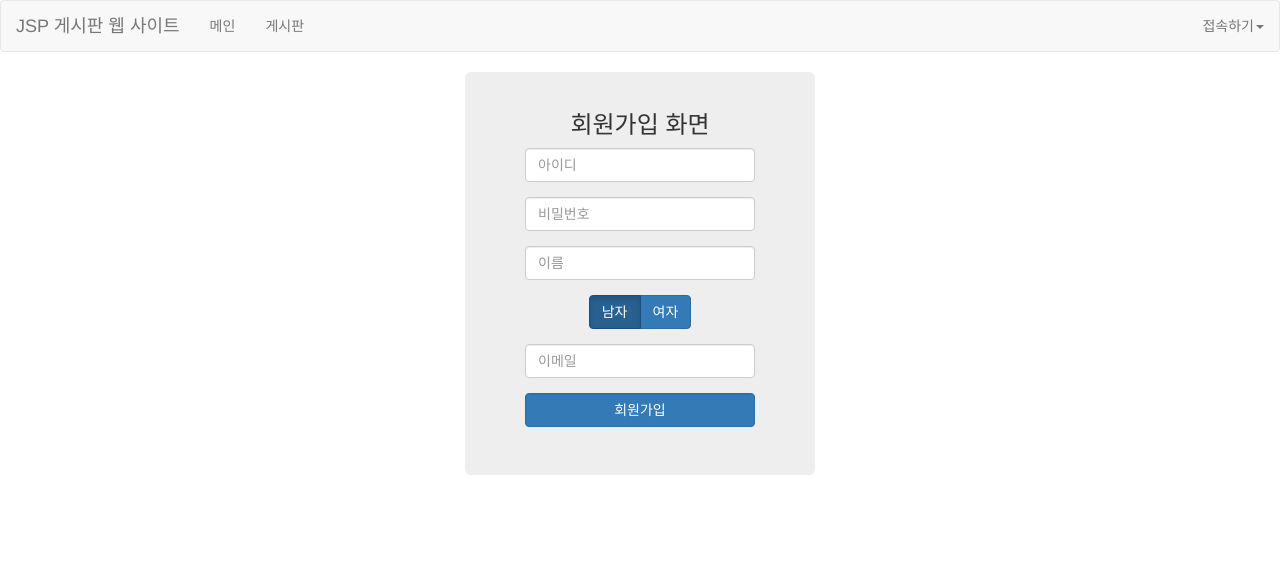
Repository: winter9388/JSP_BBS
Page: http://localhost/BBS/join.jsp
The author's editor kept a copy of each file at every save. The page is drawn from the files as they stood at one save, then again after the next save.
The browser window is 1280 px wide. The pictures show the whole page.
Some web libraries are served in a nearby version. The page is served by Tomcat 9. Other server files are loaded and not shown.

Above is the page before, as saved 2022-08-11 07:47:37.

### BBS/src/main/webapp/join.jsp
<%@ page language="java" contentType="text/html; charset=UTF-8"
    pageEncoding="UTF-8"%>
<!DOCTYPE html>
<html>
<head>
<meta charset="UTF-8">
<meta name="viewport" content="width=device-width", initial-scale="1">
<link rel="stylesheet" href="css/bootstrap.css">
<title>JSP 게시판 웹 사이트</title>
</head>
<body>
	<nav class="navbar navbar-default">
		<div class="navbar-header">
			<button type="button" class="navbar-toggle collapsed"
				data-toggle="collapse" data-target="#bs-example-navbar-collapse-1"
				aria-expended="false">
				<span class="icon-bar"></span>
				<span class="icon-bar"></span>
				<span class="icon-bar"></span>
			</button>
			<a class="navbar-brand" href="main.jsp">JSP 게시판 웹 사이트</a>
		</div>
		<div class="collapse navbar-collapse" id="bs-example-navbar-collapse-1"
			aria-expended="false">
			<ul class="nav navbar-nav">
				<li><a href="main.jsp">메인</a></li>
				<li><a href="bbs.jsp">게시판</a></li>
			</ul>
			<ul class="nav navbar-nav navbar-right">
				<li class="dropdown">
					<a href="#" class="dropdown-toggle"
						data-toggle="dropdown" role="button" aria-haspopup="true"
						aria-expanded="false">접속하기<span class="caret"></span></a>
					<ul class="dropdown-menu">
						<li class="active"><a href="login.jsp">로그인</a></li>
						<li><a href="join.jsp">회원가입</a></li>
					</ul>
				</li>
			</ul>
		</div>
	</nav>
	<div class="container">
		<div class="col-lg-4"></div>
		<div class="col-lg-4">
			<div class="jumbotron" style="padding-top: 20px">
				<form method="post" action="joinAction.jsp">
					<h3 style="text-align: center;">회원가입 화면</h3>
					<div class="form-group">
						<input type="text" class="form-control" placeholder="아이디" name="userID" maxlength="20">
					</div>
					<div class="form-group">
						<input type="password" class="form-control" placeholder="비밀번호" name="userPassword" maxlength="20">
					</div>
					<div class="form-group">
						<input type="text" class="form-control" placeholder="이름" name="userName" maxlength="20">
					</div>
					<div class="form-group" style="text-align: center;">
						<div class="btn-group" data-toggle="buttons">
							<label class="btn btn-primary active">
								<input type="radio" name="userGender" autocomplete="off" value="남자" checked>남자
							</label>
							<label class="btn btn-primary">
								<input type="radio" name="userGender" autocomplete="off" value="여자" checked>여자
							</label>
						</div>
					</div>
					<div class="form-group">
						<input type="email" class="form-control" placeholder="이메일" name="userEmail" maxlength="20">
					</div>
					<input type="submit" class="btn btn-primary form-control" value="회원가입">
				</form>
			</div>
		</div>
		<div class="col-lg-4"></div>
	</div>

	<script src="https://code.jquery.com/jquery-3.1.1.min.js"></script>
	<script src="js/bootstrap.js"></script>
</body>
</html>

Loaded but not shown: BBS/src/main/webapp/css/bootstrap.css (library); BBS/src/main/webapp/js/bootstrap.js (library)

After the next save:
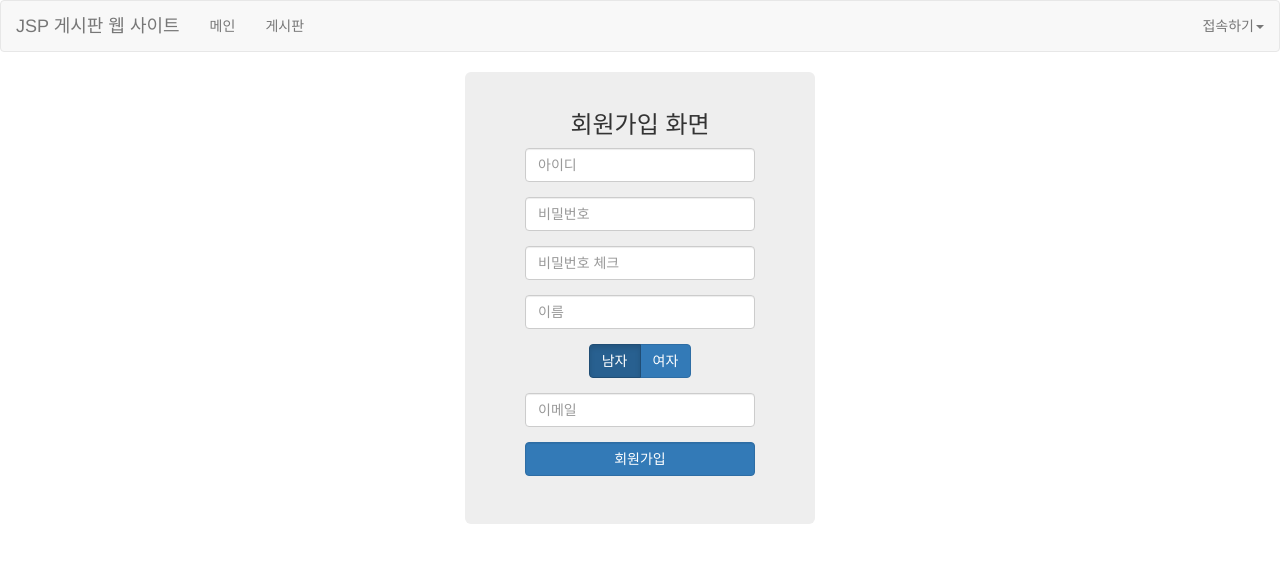
Saved 38 s later.
--- a/BBS/src/main/webapp/join.jsp
+++ b/BBS/src/main/webapp/join.jsp
@@ -52,6 +52,9 @@
 						<input type="password" class="form-control" placeholder="비밀번호" name="userPassword" maxlength="20">
 					</div>
 					<div class="form-group">
+						<input type="password" class="form-control" placeholder="비밀번호 체크" name="userPasswordChk" maxlength="20">
+					</div>
+					<div class="form-group">
 						<input type="text" class="form-control" placeholder="이름" name="userName" maxlength="20">
 					</div>
 					<div class="form-group" style="text-align: center;">
